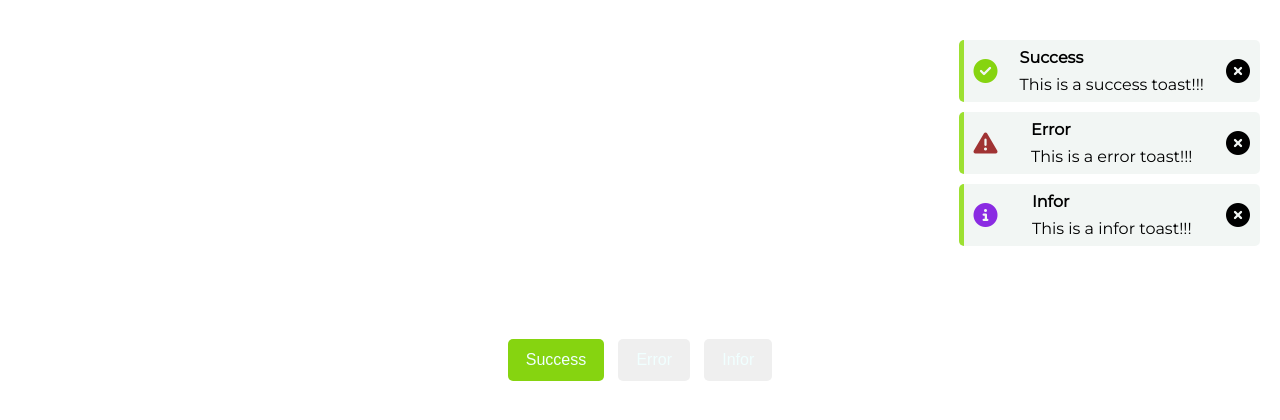
Repository: thuynguyen0964/Toast-Cooler
Page: index.html
These files come from the project's save history. The page is drawn as it stood at one moment and after the next save; the edit follows.
The browser window is 1280 px wide. The pictures show the whole page.

Above is the page before, as saved 2023-01-26 20:38:13.

### index.html
<!DOCTYPE html>
<html lang="en">
  <head>
    <meta charset="UTF-8" />
    <meta http-equiv="X-UA-Compatible" content="IE=edge" />
    <meta name="viewport" content="width=device-width, initial-scale=1.0" />
    <title>Toast Mess Cooler</title>
    <link
      href="https://fonts.googleapis.com/css2?family=Montserrat:wght@300;400&display=swap"
      rel="stylesheet"
    />
    <link
      rel="stylesheet"
      href="https://cdnjs.cloudflare.com/ajax/libs/font-awesome/6.2.1/css/all.min.css"
    />
    <link rel="stylesheet" href="./app/style.css" />
  </head>
  <body>
    <ul class="container">
      <li class="toast success">
        <div class="icon">
          <i class="fa-solid fa-circle-check"></i>
        </div>
        <div class="toast__text">
          <h4 class="toast__title">Success</h4>
          <p class="toast__desc">This is a success toast!!!</p>
        </div>
        <div class="icon__close">
          <i class="fa-solid fa-circle-xmark"></i>
        </div>
      </li>
      <li class="toast error">
        <div class="icon">
            <i class="fa-solid fa-triangle-exclamation"></i>
        </div>
        <div class="toast__text">
          <h4 class="toast__title">Error</h4>
          <p class="toast__desc">This is a error toast!!!</p>
        </div>
        <div class="icon__close">
         <i class="fa-solid fa-circle-xmark"></i>
        </div>
      </li>
      <li class="toast infor">
        <div class="icon">
            <i class="fa-solid fa-circle-info"></i>
        </div>
        <div class="toast__text">
          <h4 class="toast__title">Infor</h4>
          <p class="toast__desc">This is a infor toast!!!</p>
        </div>
        <div class="icon__close">
          <i class="fa-solid fa-circle-xmark"></i>
        </div>
      </li>
    </ul>

    <div class="button__set">
        <button class="btn" id="success">Success</button>
        <button class="btn" id="error">Error</button>
        <button class="btn" id="infor">Infor</button>
    </div>
  </body>
</html>

### app/style.css
*{
    margin: 0;
    padding: 0;
    box-sizing: border-box;
}
body{
    font-family: "Montserrat", sans-serif;
    display: flex;
    align-items: center;
    justify-content: center;
    min-height: 100vh;
}
.container{
    position: fixed;
    top: 30px;
    right: 20px;
}
.toast{
    width: 350x;
    list-style: none;
    border-left: 5px solid #9de031;
    border-radius: 5px;
    display: flex;
    align-items: center;
    justify-content: space-between;
    background-color: #e1ebe671;
    margin: 10px 0;
}
.toast__text{
    padding: 0 12px;
}
.toast__desc,
.toast__title{
    margin: 8px 0;
}
.icon__close,
.icon{
    padding:0 10px;
    font-size: 24px;
}
.icon__close{
    cursor: pointer;
}

.success .icon{
    color:#86d410 ;
}
.error .icon{
    color: #a03333;
}
.infor .icon{
    color: blueviolet;
}

.btn{
    font-size: 16px;
    color: azure;
    border: unset;
    outline: none;
    padding: 12px 18px;
    margin: 0 5px;
    border-radius: 5px;
}
.btn#success{
    background-color: #86d410;
}
.btn#error{
    background-color: #;
}

After the next save:
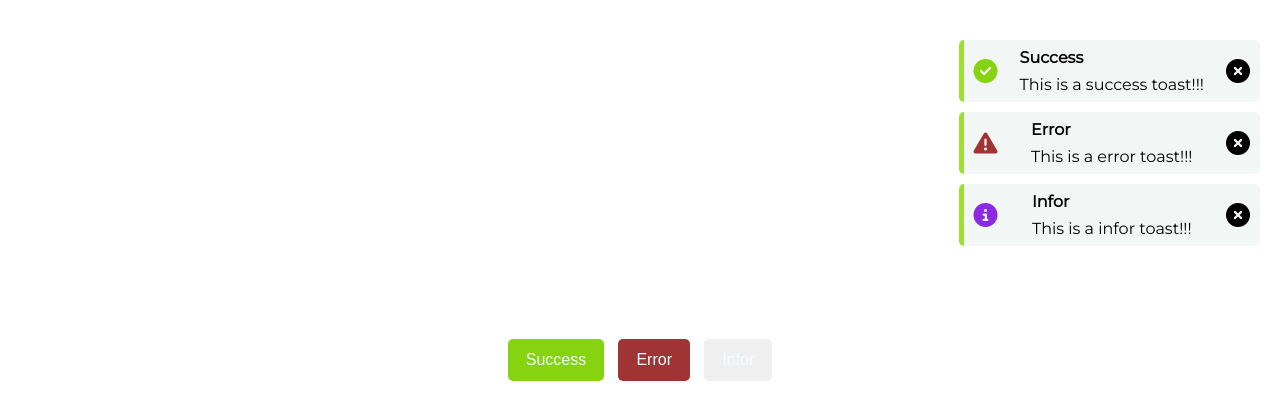
Saved 8 s later.
--- a/app/style.css
+++ b/app/style.css
@@ -65,5 +65,5 @@ body{
     background-color: #86d410;
 }
 .btn#error{
-    background-color: #;
+    background-color: #a03333;
 }
